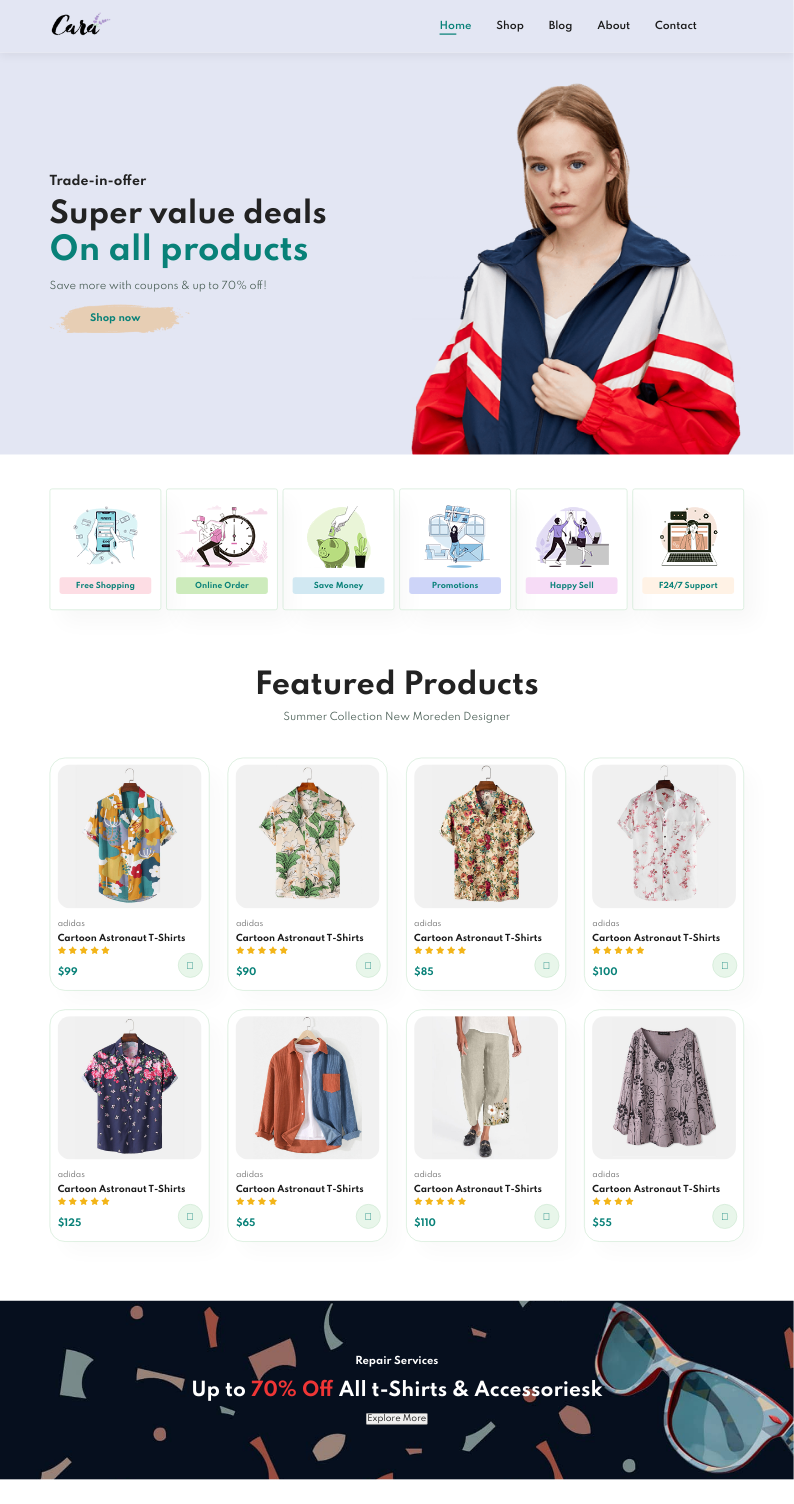
Repository: MinhNhatIT2901/Ecommerce
Page: index.html
An editor plug-in stored every save of this project. The page is shown before and after the next save, followed by the edit.
The browser window is 1280 px wide. The pictures show the whole page, at 62% of full size.
Some web libraries are served in a nearby version.

Above is the page before, as saved 2022-01-08 00:16:54.

### index.html
<!DOCTYPE html>
<html lang="en">
<head>
    <meta charset="UTF-8">
    <meta http-equiv="X-UA-Compatible" content="IE=edge">
    <meta name="viewport" content="width=device-width, initial-scale=1.0">
    <title>Ecommerce</title>
    <link rel="stylesheet" href="https://pro.fontawesome.com/releases/v5.10.0/css/all.css" integrity="sha384-AYmEC3Yw5cVb3ZcuHtOA93w35dYTsvhLPVnYs9eStHfGJvOvKxVfELGroGkvsg+p" crossorigin="anonymous"/>
    <link rel="stylesheet" href="style.css">
</head>
<body>

    <section id="header">
        <a href="">
            <img src="imgs/img/logo.png" alt="" class="logo">
        </a>
        <div>
            <ul id="navbar">
                <li><a class="active" href="index.html">Home</a></li>
                <li><a href="shop.html">Shop</a></li>
                <li><a href="blog.html">Blog</a></li>
                <li><a href="about.html">About</a></li>
                <li><a href="contact.html">Contact</a></li>
                <li><a href="cart.html"><i class="far fa-shopping-bag"></i></a></li>
            </ul>
        </div>
    </section>

    <section id="hero">
        <h4>Trade-in-offer</h4>
        <h2>Super value deals</h2>
        <h1>On all products</h1>
        <p>Save more with coupons & up to 70% off! </p>
        <button>Shop now</button>
    </section>

    <section id="feature" class="section-p1">
        <div class="fe-box">
            <img src="imgs/img/features/f1.png" alt="">
            <h6>Free Shopping</h6>
        </div>
        <div class="fe-box">
            <img src="imgs/img/features/f2.png" alt="">
            <h6>Online Order</h6>
        </div>
        <div class="fe-box">
            <img src="imgs/img/features/f3.png" alt="">
            <h6>Save Money</h6>
        </div>
        <div class="fe-box">
            <img src="imgs/img/features/f4.png" alt="">
            <h6>Promotions</h6>
        </div>
        <div class="fe-box">
            <img src="imgs/img/features/f5.png" alt="">
            <h6>Happy Sell</h6>
        </div>
        <div class="fe-box">
            <img src="imgs/img/features/f6.png" alt="">
            <h6>F24/7 Support</h6>
        </div>
    </section>

    <section id="product1" class="section-p1">
        <h2>Featured Products</h2>
        <p>Summer Collection New Moreden Designer</p>
        <div class="pro-container">
            <div class="pro">
                <img src="imgs/img/products/f1.jpg" alt="">
                <div class="des">
                    <span>adidas</span>
                    <h5>Cartoon Astronaut T-Shirts</h5>
                    <div class="star">
                        <i class="fas fa-star"></i>
                        <i class="fas fa-star"></i>
                        <i class="fas fa-star"></i>
                        <i class="fas fa-star"></i>
                        <i class="fas fa-star"></i>
                    </div>
                    <h4>$99</h4>
                </div>
                <a href="#"><i class="fal fa-shopping-cart cart"></i></a>
            </div>
            <div class="pro">
                <img src="imgs/img/products/f2.jpg" alt="">
                <div class="des">
                    <span>adidas</span>
                    <h5>Cartoon Astronaut T-Shirts</h5>
                    <div class="star">
                        <i class="fas fa-star"></i>
                        <i class="fas fa-star"></i>
                        <i class="fas fa-star"></i>
                        <i class="fas fa-star"></i>
                        <i class="fas fa-star"></i>
                    </div>
                    <h4>$90</h4>
                </div>
                <a href="#"><i class="fal fa-shopping-cart cart"></i></a>
            </div>
            <div class="pro">
                <img src="imgs/img/products/f3.jpg" alt="">
                <div class="des">
                    <span>adidas</span>
                    <h5>Cartoon Astronaut T-Shirts</h5>
                    <div class="star">
                        <i class="fas fa-star"></i>
                        <i class="fas fa-star"></i>
                        <i class="fas fa-star"></i>
                        <i class="fas fa-star"></i>
                        <i class="fas fa-star"></i>
                    </div>
                    <h4>$85</h4>
                </div>
                <a href="#"><i class="fal fa-shopping-cart cart"></i></a>
            </div>
            <div class="pro">
                <img src="imgs/img/products/f4.jpg" alt="">
                <div class="des">
                    <span>adidas</span>
                    <h5>Cartoon Astronaut T-Shirts</h5>
                    <div class="star">
                        <i class="fas fa-star"></i>
                        <i class="fas fa-star"></i>
                        <i class="fas fa-star"></i>
                        <i class="fas fa-star"></i>
                        <i class="fas fa-star"></i>
                    </div>
                    <h4>$100</h4>
                </div>
                <a href="#"><i class="fal fa-shopping-cart cart"></i></a>
            </div>
            <div class="pro">
                <img src="imgs/img/products/f5.jpg" alt="">
                <div class="des">
                    <span>adidas</span>
                    <h5>Cartoon Astronaut T-Shirts</h5>
                    <div class="star">
                        <i class="fas fa-star"></i>
                        <i class="fas fa-star"></i>
                        <i class="fas fa-star"></i>
                        <i class="fas fa-star"></i>
                        <i class="fas fa-star"></i>
                    </div>
                    <h4>$125</h4>
                </div>
                <a href="#"><i class="fal fa-shopping-cart cart"></i></a>
            </div>
            <div class="pro">
                <img src="imgs/img/products/f6.jpg" alt="">
                <div class="des">
                    <span>adidas</span>
                    <h5>Cartoon Astronaut T-Shirts</h5>
                    <div class="star">
                        <i class="fas fa-star"></i>
                        <i class="fas fa-star"></i>
                        <i class="fas fa-star"></i>
                        <i class="fas fa-star"></i>
                    </div>
                    <h4>$65</h4>
                </div>
                <a href="#"><i class="fal fa-shopping-cart cart"></i></a>
            </div>
            <div class="pro">
                <img src="imgs/img/products/f7.jpg" alt="">
                <div class="des">
                    <span>adidas</span>
                    <h5>Cartoon Astronaut T-Shirts</h5>
                    <div class="star">
                        <i class="fas fa-star"></i>
                        <i class="fas fa-star"></i>
                        <i class="fas fa-star"></i>
                        <i class="fas fa-star"></i>
                        <i class="fas fa-star"></i>
                    </div>
                    <h4>$110</h4>
                </div>
                <a href="#"><i class="fal fa-shopping-cart cart"></i></a>
            </div>
            <div class="pro">
                <img src="imgs/img/products/f8.jpg" alt="">
                <div class="des">
                    <span>adidas</span>
                    <h5>Cartoon Astronaut T-Shirts</h5>
                    <div class="star">
                        <i class="fas fa-star"></i>
                        <i class="fas fa-star"></i>
                        <i class="fas fa-star"></i>
                        <i class="fas fa-star"></i>
                    </div>
                    <h4>$55</h4>
                </div>
                <a href="#"><i class="fal fa-shopping-cart cart"></i></a>
            </div>
        </div>
    </section>

    <section id="banner" class="section-m1">
        <h4>Repair Services </h4>
        <h2>Up to <span>70% Off</span> All t-Shirts & Accessoriesk </h2>
        <button class="nornal">Explore More</button>
    </section>
    <script src="style.js"></script>
</body>
</html>

### style.css
@import url("https://fonts.googleapis.com/css2?family=Poppins:wght@400;500;600;700&family=Spartan:wght@400;500;600;700&display=swap");

:root {
  --primary-color: #088178;
}
* {
  padding: 0;
  margin: 0;
  box-sizing: border-box;
  font-family: "Spartan", sans-serif;
}

h1 {
  font-size: 50px;
  line-height: 64px;
  color: #222;
}

h2 {
  font-size: 46px;
  line-height: 54px;
  color: #222;
}

h4 {
  font-size: 20px;
  color: #222;
}

h6 {
  font-weight: 700;
  font-size: 12px;
}

p {
  font-size: 16px;
  color: #465b52;
  margin: 15px 0 20px 0;
}

.section-p1 {
  padding: 40px 80px;
}

.section-m1 {
  margin: 40px 0;
}

button.normal {
  font-size: 14px;
  font-weight: 600;
  padding: 15px 30px;
  color: #000;
  background-color: #fff;
  cursor: pointer;
  border-radius: 4px;
  outline: none;
  transition: 0.25s;
  border: none;
}

body {
  width: 100%;
}

/* Header */
#header {
  display: flex;
  align-items: center;
  justify-content: space-between;
  padding: 20px 80px;
  background: #e3e6f3;
  box-shadow: 0 5px 15px rgba(0, 0, 0, 0.06);
  z-index: 100;
  position: sticky;
  top: 0;
  left: 0;
}

#navbar {
  display: flex;
  align-items: center;
  justify-content: center;
}

#navbar li {
  list-style: none;
  padding: 0 20px;
  position: relative;
}

#navbar li a {
  text-decoration: none;
  font-size: 16px;
  font-weight: 600;
  color: #1a1a1a;
  transition: 0.25s ease;
}

#navbar li a:hover,
#navbar li a.active {
  color: var(--primary-color);
}

#navbar li a.active::after {
  content: "";
  width: 30%;
  height: 2px;
  position: absolute;
  bottom: -4px;
  left: 20px;
  background: var(--primary-color);
}

/* Page home */
#hero {
  background-image: url("imgs/img/hero4.png");
  height: 90vh;
  width: 100%;
  background-position: top 25% right 0;
  background-size: cover;
  padding: 0 80px;
  display: flex;
  align-items: flex-start;
  justify-content: center;
  flex-direction: column;
}

#hero h4 {
  padding-bottom: 15px;
}

#hero h1 {
  color: var(--primary-color);
}

#hero button {
  background-image: url("imgs/img/button.png");
  background-color: transparent;
  color: var(--primary-color);
  border: 0;
  padding: 14px 80px 14px 65px;
  background-repeat: no-repeat;
  font-weight: 700;
  font-size: 15px;
}

#feature {
  display: flex;
  align-items: center;
  justify-content: space-between;
  flex-wrap: wrap;
}

#feature .fe-box {
  width: 180px;
  text-align: center;
  padding: 25px 15px;
  box-shadow: 20px 20px 34px rgba(0, 0, 0, 0.03);
  border: 1px solid #cce7d0;
  border-radius: 4px;
  margin: 15px 0;
}

#feature .fe-box:hover {
  box-shadow: 10px 10px 54px rgba(70, 62, 221, 0.1);
  cursor: pointer;
}

#feature .fe-box img {
  width: 100%;
  margin-bottom: 10px;
}

#feature .fe-box h6 {
  padding: 9px 8px 6px 8px;
  line-height: 1;
  border-radius: 4px;
  color: #088178;
  background-color: #fddde4;
}

#feature .fe-box:nth-child(2) h6 {
  background-color: #cdebbc;
}

#feature .fe-box:nth-child(3) h6 {
  background-color: #d1e8f2;
}

#feature .fe-box:nth-child(4) h6 {
  background-color: #cdd4f8;
}

#feature .fe-box:nth-child(5) h6 {
  background-color: #f6dbf6;
}

#feature .fe-box:nth-child(6) h6 {
  background-color: #fff2e5;
}

#product1 {
  text-align: center;
}

#product1 .pro-container {
  display: flex;
  justify-content: space-between;
  padding-top: 20px;
  flex-wrap: wrap;
}

#product1 .pro {
  width: 23%;
  min-width: 250px;
  padding: 10px 12px;
  border: 1px solid #cce7d0;
  border-radius: 25px;
  cursor: pointer;
  box-shadow: 20px 20px 30px rgba(0, 0, 0, 0.02);
  margin: 15px 0;
  transition: 0.25s ease-in;
  position: relative;
}

#product1 .pro:hover {
  box-shadow: 20px 20px 30px rgba(0, 0, 0, 0.06);
}

#product1 .pro img {
  width: 100%;
  border-radius: 20px;
}

#product1 .pro .des {
  text-align: start;
  padding: 10px 0;
}

#product1 .pro .des span {
  color: #606060;
  font-size: 12px;
}

#product1 .pro .des h5 {
  padding-top: 7px;
  color: #1a1a1a;
  font-size: 14px;
}

#product1 .pro .des i {
  font-size: 12px;
  color: rgb(243, 181, 25);
}

#product1 .pro .des h4 {
  padding-top: 17px;
  font-size: 15px;
  font-weight: 700;
  color: var(--primary-color);
}

#product1 .pro .cart {
  width: 40px;
  height: 40px;
  line-height: 40px;
  border-radius: 50px;
  background-color: #e8f6ea;
  color: var(--primary-color);
  border: 1px solid #cce7d0;
  right: 10px;
  position: absolute;
  bottom: 20px;
}

#banner {
  display: flex;
  flex-direction: column;
  justify-content: center;
  align-items: center;
  text-align: center;
  background-image: url("imgs/img/banner/b2.jpg");
  width: 100%;
  height: 40vh;
  background-size: cover;
  background-position: center;
}

#banner h4 {
  color: #fff;
  font-size: 16px;
}

#banner h2 {
  color: #fff;
  font-size: 30px;
  padding: 10px 0;
}

#banner h2 span {
  color: #ef3636;
}

Loaded but not shown: style.js (no copy from this time; the picture is the same without it)

After the next save:
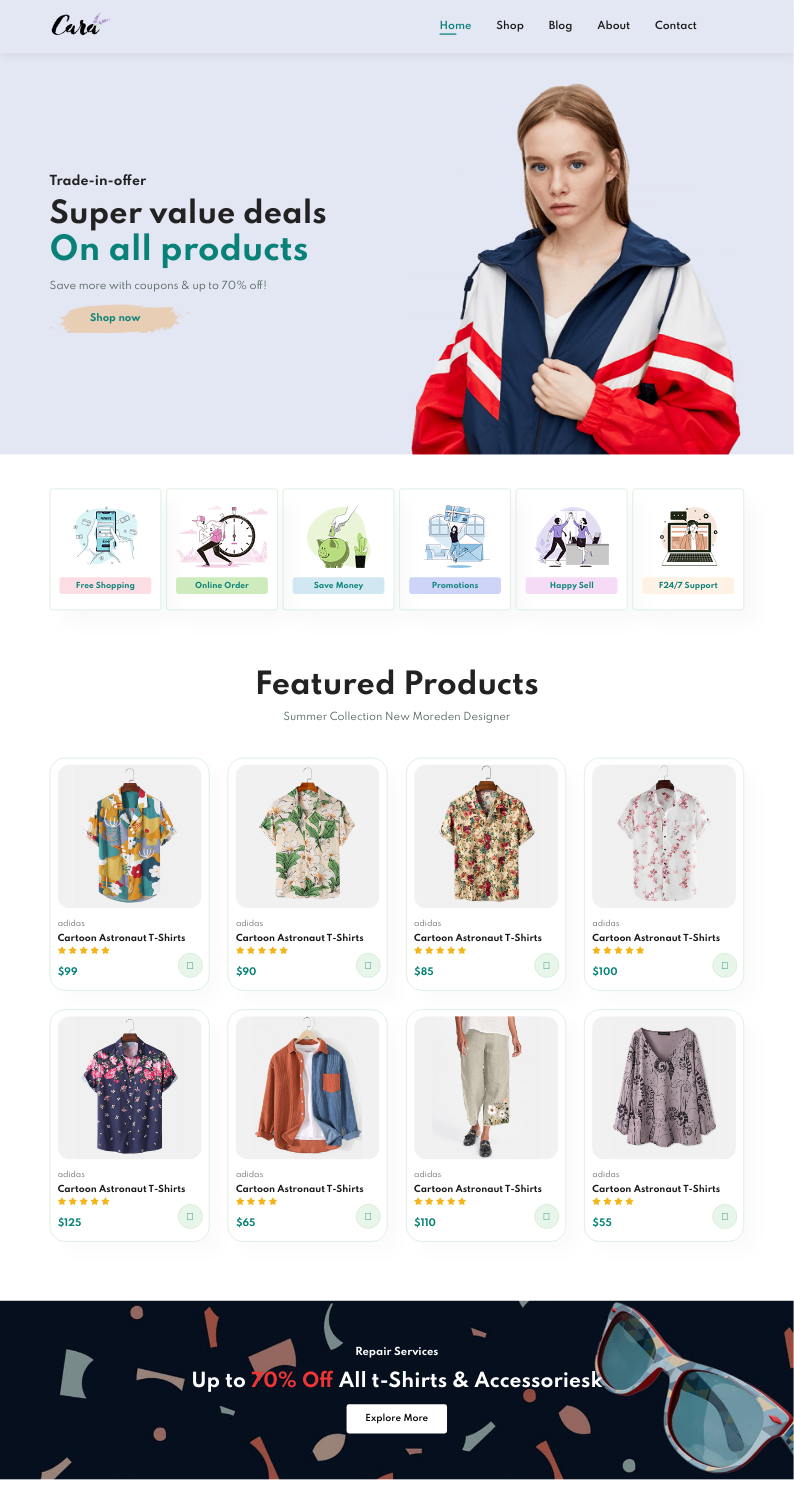
Saved 14 h 22 min later.
--- a/index.html
+++ b/index.html
@@ -197,7 +197,7 @@
     <section id="banner" class="section-m1">
         <h4>Repair Services </h4>
         <h2>Up to <span>70% Off</span> All t-Shirts & Accessoriesk </h2>
-        <button class="nornal">Explore More</button>
+        <button class="normal">Explore More</button>
     </section>
     <script src="style.js"></script>
 </body>
